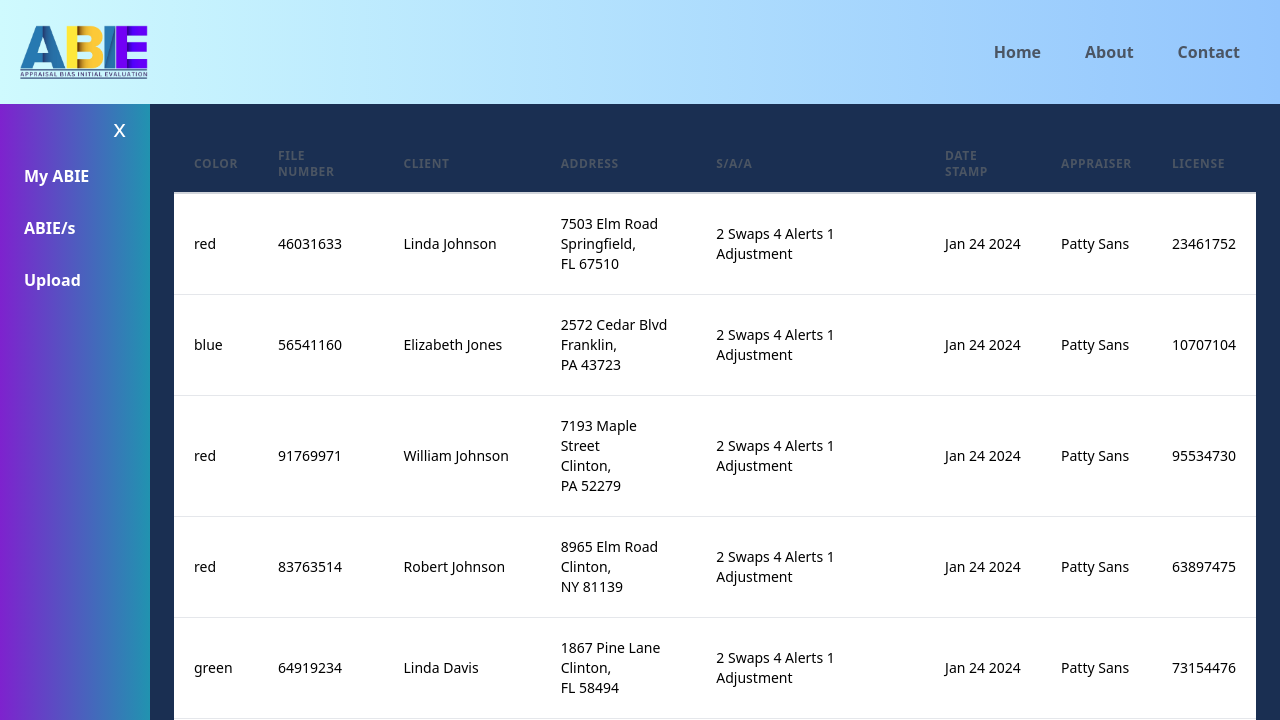
Repository: WafulaLukorito/Abie-frontend
Page: /dashboard
These files come from the project's save history. The page is drawn as it stood at one moment and after the next save; the edit follows.
The browser window is 1280 px wide. The pictures show the whole page.
An inner scrolling area shows only its first screen. The project was rebuilt for these pictures with package versions that can differ from the ones it lists, and the page was loaded fresh each time. Also part of the build but not shown: vite.config.js, src/components/Header/Button.jsx, src/components/Header/Links.jsx, src/components/Header/index.jsx, src/pages/Home.jsx, src/pages/About.jsx.

Above is the page before, as saved 2024-01-26 18:11:02.

### index.html
<!doctype html>
<html lang="en">
  <head>
    <meta charset="UTF-8" />
    <link rel="icon" type="image/svg+xml" href="src\assets\logo.png" />
    <meta name="viewport" content="width=device-width, initial-scale=1.0" />
    <title>Vite + React</title>
  </head>
  <body>
    <div id="root"></div>
    <script type="module" src="/src/main.jsx"></script>
  </body>
</html>

### src/main.jsx
import React from 'react'
import ReactDOM from 'react-dom/client'
import './index.css'
import { createBrowserRouter, RouterProvider } from 'react-router-dom'

//pages
import Home from './pages/Home'
import About from './pages/About'
import Dashboard from './pages/Dashboard'

const routes = createBrowserRouter([
  {
    path: '/',
    element: <Home/>,
  },
  {
    path: '/about',
    element: <About/>
  },
  {
    path: '/dashboard',
    element: <Dashboard/>
  },
  {
    path: '*',
    element: <div>404 Not Found</div>
  }
])

ReactDOM.createRoot(document.getElementById('root')).render(
  <React.StrictMode>
    <RouterProvider router={routes}/>
  </React.StrictMode>,
)

### src/index.css
@tailwind base;
@tailwind components;
@tailwind utilities;

* {
  margin: 0;
  padding: 0;
  box-sizing: border-box;
}

.sidebar {
  top: 6.5rem;
  background: linear-gradient(to right, #7E22CE, #2193b0);
}

### src/pages/Dashboard.jsx
import React, { useState } from 'react';
import Sidebar from "../components/Sidebar";
import NavBar from "../components/Navbar";
import mock from "./mock.json";

const Dashboard = () => {
    const [isSidebarOpen, setIsSidebarOpen] = useState(true);

    const toggleSidebar = () => {
        setIsSidebarOpen(!isSidebarOpen);
    };

    return (
        <div className="flex h-screen" style={{ backgroundColor: "#1A2F52" }}>
            <Sidebar isOpen={isSidebarOpen} toggleSidebar={toggleSidebar} />
            <div className="flex flex-col flex-1 overflow-hidden">
                <NavBar />

                {/* Main content */}
                <main className={`flex-1 overflow-x-hidden overflow-y-auto ${isSidebarOpen ? 'ml-[150px]' : 'ml-0'}`}>
                    <div className="container mx-auto px-6 py-8">
                        {/* Table */}
                        <table className="min-w-full leading-normal">
                            <thead>
                                <tr>
                                    <th className="px-5 py-3 border-b-2 border-gray-300 text-left text-xs font-semibold text-gray-600 uppercase tracking-wider">Color</th>
                                    <th className="px-5 py-3 border-b-2 border-gray-300 text-left text-xs font-semibold text-gray-600 uppercase tracking-wider">File Number</th>
                                    <th className="px-5 py-3 border-b-2 border-gray-300 text-left text-xs font-semibold text-gray-600 uppercase tracking-wider">Client</th>
                                    <th className="px-5 py-3 border-b-2 border-gray-300 text-left text-xs font-semibold text-gray-600 uppercase tracking-wider">Address</th>
                                    <th className="px-5 py-3 border-b-2 border-gray-300 text-left text-xs font-semibold text-gray-600 uppercase tracking-wider">S/A/A</th>
                                    <th className="px-5 py-3 border-b-2 border-gray-300 text-left text-xs font-semibold text-gray-600 uppercase tracking-wider">Date Stamp</th>
                                    <th className="px-5 py-3 border-b-2 border-gray-300 text-left text-xs font-semibold text-gray-600 uppercase tracking-wider">Appraiser</th>
                                    <th className="px-5 py-3 border-b-2 border-gray-300 text-left text-xs font-semibold text-gray-600 uppercase tracking-wider">License</th>
                                </tr>
                            </thead>
                            <tbody>
                                {mock.map((item, index) => (
                                    <tr key={index}>
                                        <td className="px-5 py-5 border-b border-gray-200 bg-white text-sm">{item.color}</td>
                                        <td className="px-5 py-5 border-b border-gray-200 bg-white text-sm">{item.file_num}</td>
                                        <td className="px-5 py-5 border-b border-gray-200 bg-white text-sm">{item.client}</td>
                                        <td className="px-5 py-5 border-b border-gray-200 bg-white text-sm">
                                            <div>{item.address.split('\n').map((line, idx) => <div key={idx}>{line}</div>)}</div>
                                        </td>
                                        <td className="px-5 py-5 border-b border-gray-200 bg-white text-sm">{item['S/A/A']}</td>
                                        <td className="px-5 py-5 border-b border-gray-200 bg-white text-sm">{item.date_stamp}</td>
                                        <td className="px-5 py-5 border-b border-gray-200 bg-white text-sm">{item.appraiser}</td>
                                        <td className="px-5 py-5 border-b border-gray-200 bg-white text-sm">{item.license}</td>
                                    </tr>
                                ))}
                            </tbody>
                        </table>
                    </div>
                </main>
            </div>
        </div>
    );
}

export default Dashboard;

### src/components/Navbar/index.jsx
import React from "react";
import Logo from "../../assets/logo.png"
import { Link } from "react-router-dom";

export default function NavBar() {
  return (
    <header className="text-gray-600 body-font bg-gradient-to-r from-cyan-100 to-blue-300 text-blue-800">
      <div className="container mx-auto flex flex-wrap p-5 flex-col md:flex-row items-center">
        <a className="w-32 h-16 flex title-font font-medium items-center text-gray-900 mb-4 md:mb-0">
            <img src={Logo} alt="Logo" className="w-full h-full object-contain" />
        </a>
        <nav className="md:ml-auto flex flex-wrap items-center text-base justify-center text-2xl font-semibold gap-x-6">
          <Link to='/' className="mr-5 hover:text-gray-900">Home</Link>
          <Link to='/about' className="mr-5 hover:text-gray-900">About</Link>
          <a className="mr-5 hover:text-gray-900">Contact</a>
        </nav>
      </div>
    </header>
  );
}

### src/components/Sidebar/index.jsx
import React from 'react';

const Sidebar = ({ isOpen, toggleSidebar }) => {
  // Removed the internal state management for isSidebarOpen

  return (
    <div>
      {/* Sidebar */}
      <div className={`sidebar fixed top-0 bottom-0 lg:left-0 p-2 w-[150px] overflow-y-auto text-right ${isOpen ? 'bg-purple-700' : 'hidden'}`}>

        {/* Toggle button inside sidebar when open */}
        {isOpen && (
          <span
            className="text-white text-2xl z-50 top-0 button-style mt-3 cursor-pointer hover:bg-blue-600 rounded-full py-2 px-4"
            onClick={toggleSidebar}
          >
            {"x"}
          </span>
        )}

        {/* Add a little space after the toggle button */}
        <div className="mt-2"></div>

        {/* My ABIE link */}
        <div className="flex items-center button-style mt-3 cursor-pointer hover:bg-blue-600 text-white rounded-full py-2 px-4">
          <span className="font-bold">My ABIE</span>
        </div>

        {/* ABIE/s */}
        <div className="flex items-center button-style mt-3 cursor-pointer hover:bg-blue-600 text-white rounded-full py-2 px-4">
          <span className="font-bold">ABIE/s</span>
        </div>

        {/* Upload */}
        <div className="flex items-center button-style mt-3 cursor-pointer hover:bg-blue-600 text-white rounded-full py-2 px-4">
          <span className="font-bold">Upload</span>
        </div>

      </div>

      {/* Toggle button outside sidebar when closed */}
      {!isOpen && (
        <span
          className="sidebar absolute text-white top-2 left-0 cursor-pointer z-20 bg-purple-700 p-0 rounded-md"
          onClick={toggleSidebar}
        >
          {"Menu"}
        </span>
      )}
    </div>
  );
};

export default Sidebar;

### src/pages/mock.json
[
    {
        "color": "red",
        "file_num": "46031633",
        "client": "Linda Johnson",
        "address": "7503 Elm Road\nSpringfield,\nFL 67510",
        "S/A/A": "2 Swaps\n4 Alerts\n1 Adjustment",
        "date_stamp": "Jan 24 2024",
        "appraiser": "Patty Sans",
        "license": "23461752"
    },
    {
        "color": "blue",
        "file_num": "56541160",
        "client": "Elizabeth Jones",
        "address": "2572 Cedar Blvd\nFranklin,\nPA 43723",
        "S/A/A": "2 Swaps\n4 Alerts\n1 Adjustment",
        "date_stamp": "Jan 24 2024",
        "appraiser": "Patty Sans",
        "license": "10707104"
    },
    {
        "color": "red",
        "file_num": "91769971",
        "client": "William Johnson",
        "address": "7193 Maple Street\nClinton,\nPA 52279",
        "S/A/A": "2 Swaps\n4 Alerts\n1 Adjustment",
        "date_stamp": "Jan 24 2024",
        "appraiser": "Patty Sans",
        "license": "95534730"
    },
    {
        "color": "red",
        "file_num": "83763514",
        "client": "Robert Johnson",
        "address": "8965 Elm Road\nClinton,\nNY 81139",
        "S/A/A": "2 Swaps\n4 Alerts\n1 Adjustment",
        "date_stamp": "Jan 24 2024",
        "appraiser": "Patty Sans",
        "license": "63897475"
    },
    {
        "color": "green",
        "file_num": "64919234",
        "client": "Linda Davis",
        "address": "1867 Pine Lane\nClinton,\nFL 58494",
        "S/A/A": "2 Swaps\n4 Alerts\n1 Adjustment",
        "date_stamp": "Jan 24 2024",
        "appraiser": "Patty Sans",
        "license": "73154476"
    },
    {
        "color": "green",
        "file_num": "59057620",
        "client": "Michael Rodriguez",
        "address": "3173 Maple Street\nSpringfield,\nNY 79194",
        "S/A/A": "2 Swaps\n4 Alerts\n1 Adjustment",
        "date_stamp": "Jan 24 2024",
        "appraiser": "Patty Sans",
        "license": "97857475"
    },
    {
        "color": "blue",
        "file_num": "18184892",
        "client": "Patricia Brown",
        "address": "7449 Pine Lane\nGreenville,\nTX 73761",
        "S/A/A": "2 Swaps\n4 Alerts\n1 Adjustment",
        "date_stamp": "Jan 24 2024",
        "appraiser": "Patty Sans",
        "license": "21210081"
    },
    {
        "color": "green",
        "file_num": "38604736",
        "client": "Patricia Johnson",
        "address": "1511 Pine Lane\nSpringfield, \nCA 26949",
        "S/A/A": "2 Swaps\n4 Alerts\n1 Adjustment",
        "date_stamp": "Jan 24 2024",
        "appraiser": "Patty Sans",
        "license": "63797678"
    }
]

Loaded but not shown: tailwind.config.js (common file)

After the next save:
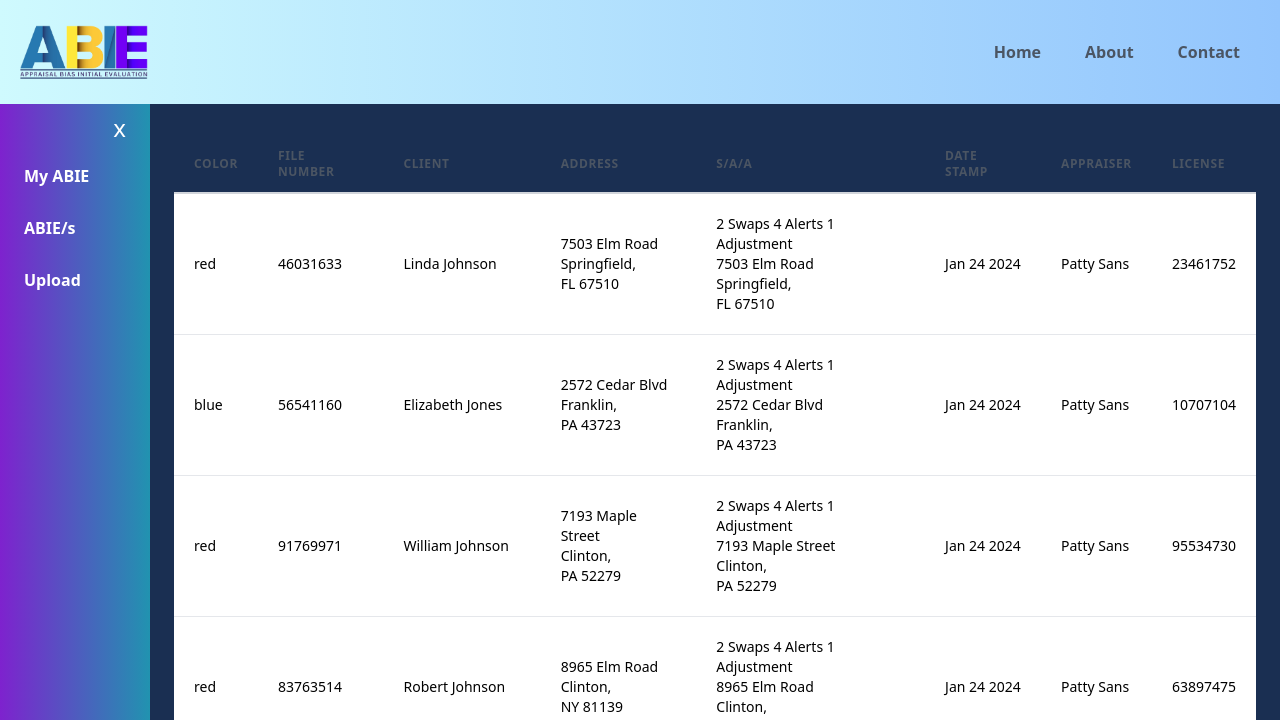
Saved 2 min 0 s later.
--- a/src/pages/Dashboard.jsx
+++ b/src/pages/Dashboard.jsx
@@ -42,7 +42,8 @@
                                         <td className="px-5 py-5 border-b border-gray-200 bg-white text-sm">
                                             <div>{item.address.split('\n').map((line, idx) => <div key={idx}>{line}</div>)}</div>
                                         </td>
-                                        <td className="px-5 py-5 border-b border-gray-200 bg-white text-sm">{item['S/A/A']}</td>
+                                        <td className="px-5 py-5 border-b border-gray-200 bg-white text-sm">{item['S/A/A']}
+                                        <div>{item.address.split('\n').map((line, idx) => <div key={idx}>{line}</div>)}</div></td>
                                         <td className="px-5 py-5 border-b border-gray-200 bg-white text-sm">{item.date_stamp}</td>
                                         <td className="px-5 py-5 border-b border-gray-200 bg-white text-sm">{item.appraiser}</td>
                                         <td className="px-5 py-5 border-b border-gray-200 bg-white text-sm">{item.license}</td>
